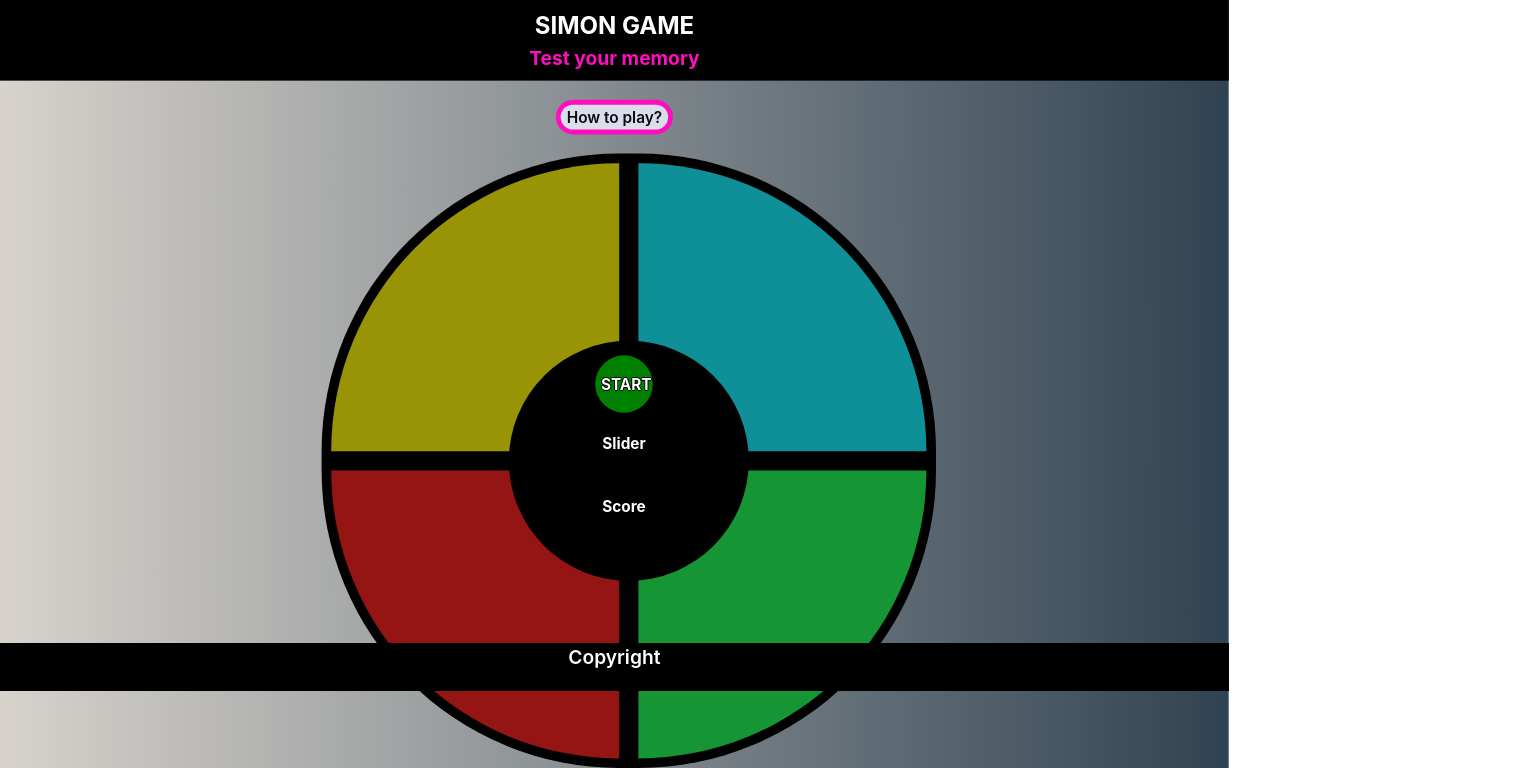
Repository: murphya14/Simon-game
Page: index.html
The author's editor kept a record of every edit. The page is drawn from the files as they stood at one moment, then again after the next edit.
The browser window is 1280 px wide. The page is 1280 px wide, then 1600 px, so the pictures cover 1600 px, including what lies to the right of the window. The pictures show the whole page, at 96% of full size.

Above is the page before.

After the next edit:
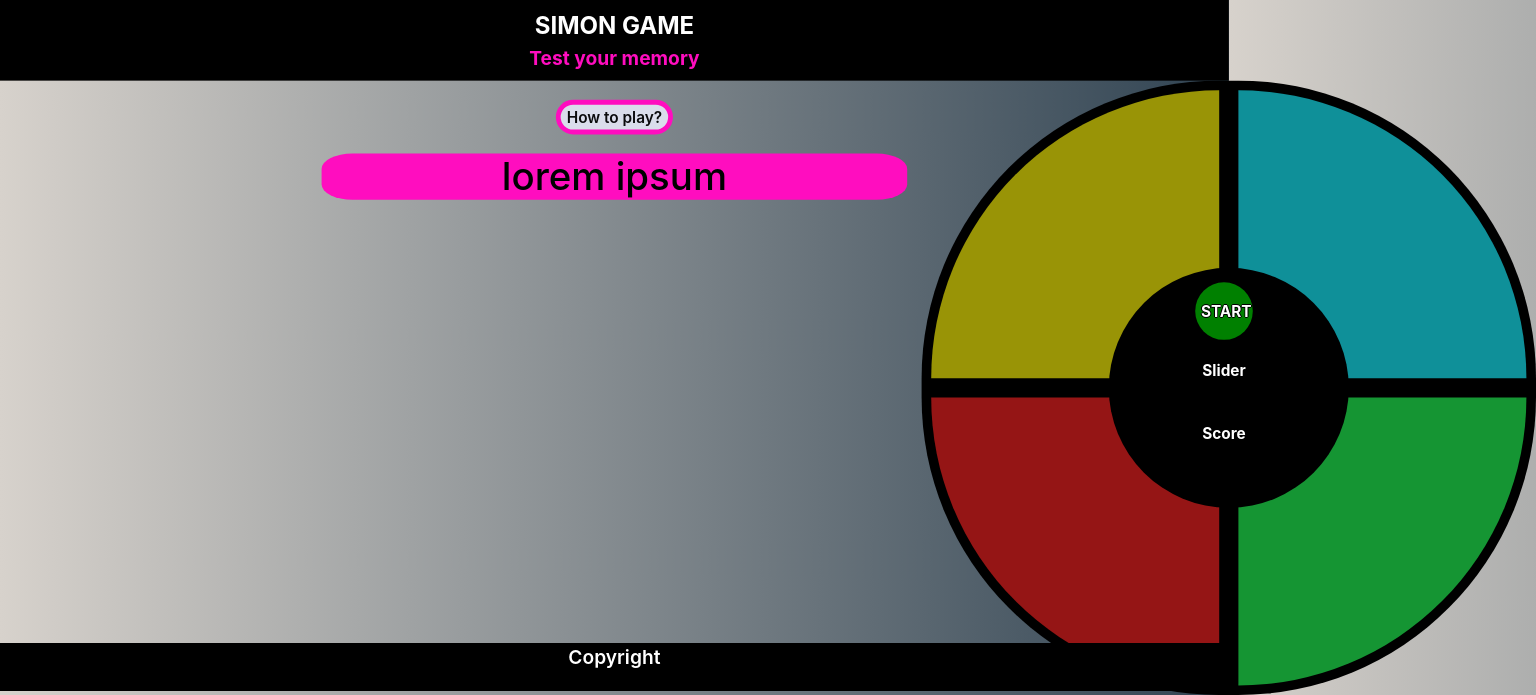
The edit:
--- a/index.html
+++ b/index.html
@@ -40,6 +40,9 @@
         <div class="row">
             <div class="col center">
                 <button class="how-to" id="how-to">How to play?</button>
+                <div id="how-to-p">
+                    <h1>lorem ipsum </h1>
+                </p>
             </div>
         </div>
 
